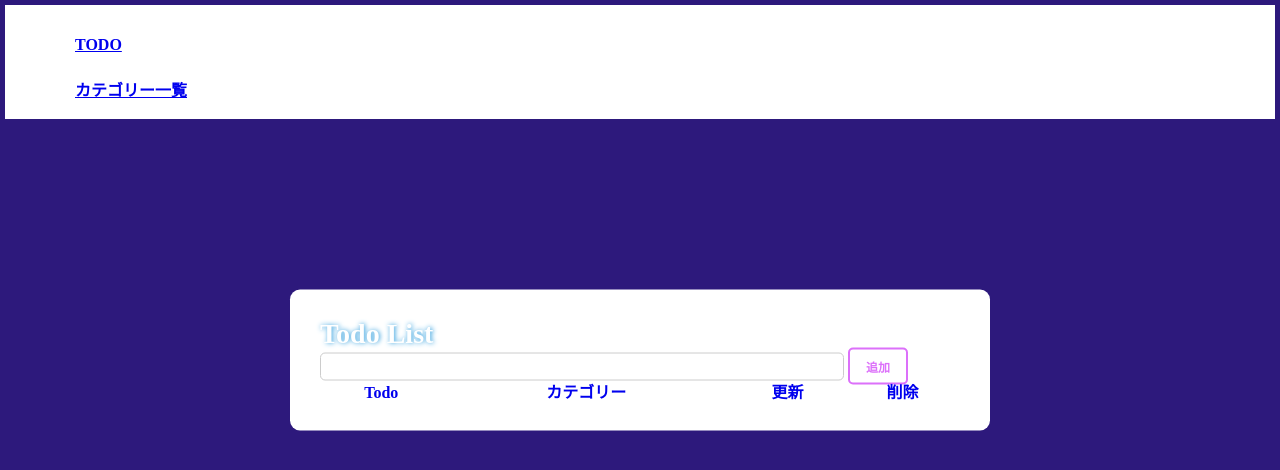
Repository: azuma2/cate
Page: http://localhost/
An editor plug-in stored every save of this project. The page is shown before and after a run of saves, followed by the edit.
The browser window is 1280 px wide. The pictures show the whole page.
The page is served by the project's Laravel application, run on PHP 8.4 with Laravel 8. Queries for data that is not in the repository find no rows.

Above is the page before, as saved 2022-05-17 02:56:55.

After the next 2 saves:
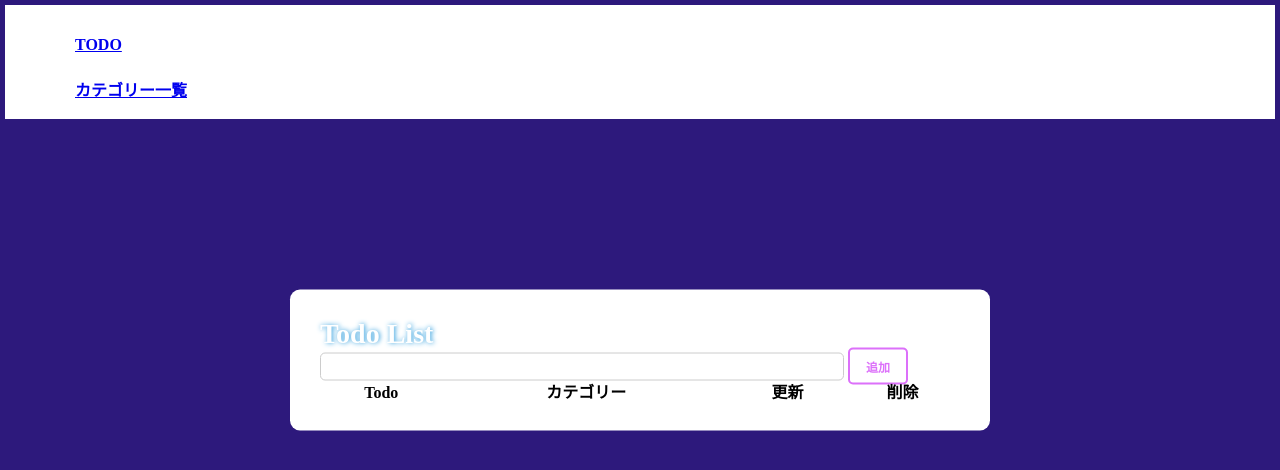
The 2 saves are shown as one change because they came seconds apart.
The last was saved 11 s later.
--- a/resources/views/index.blade.php
+++ b/resources/views/index.blade.php
@@ -113,8 +113,8 @@ ul{
   <header>
     <div class="head">
       <ul>
-        <li class="head1"><a href="index.html">TODO</li>
-        <li class="head2"><a href="index.html">カテゴリー一覧</li>
+        <li class="head1"><a href="index.html">TODO</a></li>
+        <li class="head2"><a href="index.html">カテゴリー一覧</a></li>
       </ul>
     </div>
   </header>
